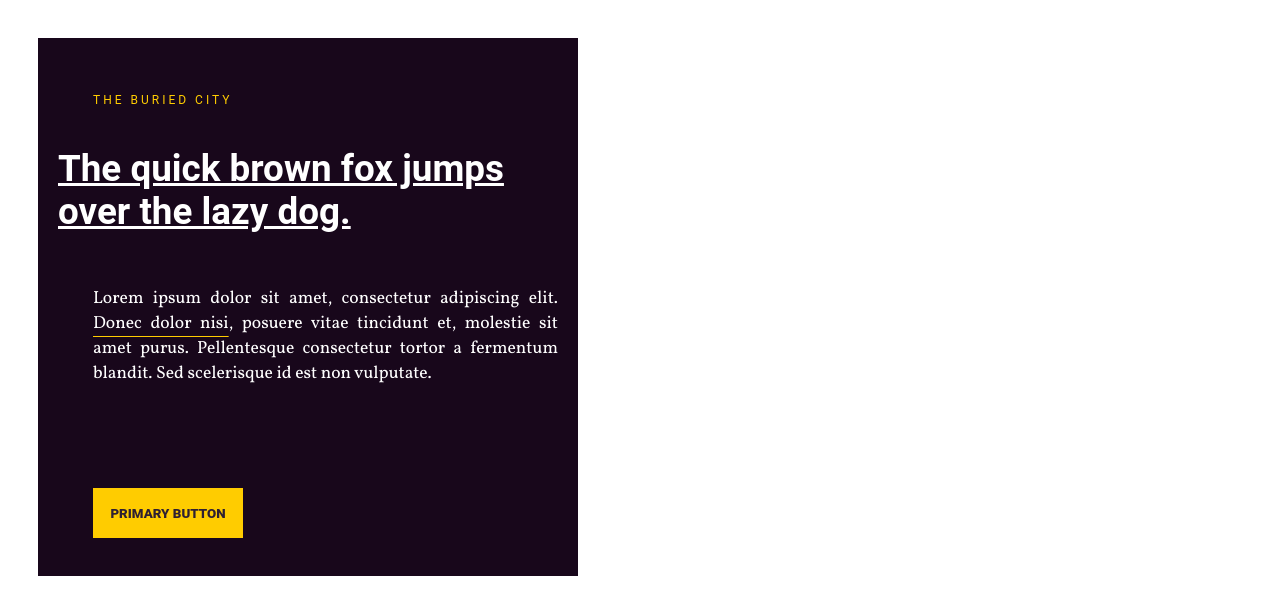
Repository: rafigabriel/TP2---Web-I
Page: ex03-css/index.html
An editor plug-in stored every save of this project. The page is shown before and after the next save, followed by the edit.
The browser window is 1280 px wide. The pictures show the whole page.

Above is the page before, as saved 2024-09-09 18:10:22.

### ex03-css/index.html
<!DOCTYPE html>
<html lang="pt-br">
    <head>
        <meta charset="UTF-8">
        <meta name="viewport" content="width=device-width, initial-scale=1.0">
        <title>Exercicio 3</title>
        <link rel="stylesheet" href="style.css">
        <link rel="preconnect" href="https://fonts.googleapis.com">
        <link rel="preconnect" href="https://fonts.gstatic.com" crossorigin>
        <link
            href="https://fonts.googleapis.com/css2?family=Roboto+Condensed:ital,wght@0,100..900;1,100..900&display=swap"
            rel="stylesheet">
        <link rel="preconnect" href="https://fonts.googleapis.com">
        <link rel="preconnect" href="https://fonts.gstatic.com" crossorigin>
        <link
            href="https://fonts.googleapis.com/css2?family=Vollkorn:ital,wght@0,400..900;1,400..900&display=swap"
            rel="stylesheet">

    </head>
    <body>
        <div id="container">
            <p id="secao">The buried city</p>
            <h1>The quick brown fox jumps over the lazy dog.</h1>
            <p>Lorem ipsum dolor sit amet, consectetur adipiscing elit. <a
                    id="link"
                    href="#">Donec dolor nisi</a>, posuere vitae tincidunt et,
                molestie sit amet purus. Pellentesque consectetur tortor a
                fermentum
                blandit. Sed scelerisque id est non vulputate.</p>
            <p>
                <button>Primary button</button>
            </p>

        </div>

    </body>
</html>

### ex03-css/style.css
body{
    width: 500px;
    color: #231900;
    padding: 30px;
}

#container{
    background-color: #18071B;
    padding: 20px;
    width: 500px;
}

h1{
    font-size: 2.3em;
    font-family: "Roboto", sans-serif;
    font-style: normal;
    font-weight: 700;
    color: white;
    margin-bottom: 0;
    margin-top: 40px;
    text-decoration: underline;
}
p{
    text-align: justify;
    padding: 35px;
    padding-right: 0;
    padding-bottom: 0;
    font-family: "Vollkorn", serif;
    font-weight: 400;
    font-style: normal;
    font-size: 1.1em;
    color: white;
}

#secao{
    font-family: "Roboto", sans-serif;
    font-style: normal;
    font-weight: 400;
    font-size: 0.75em;
    color: #FFCC00;
    letter-spacing: 0.25em;
    margin-top: auto;
    text-transform: uppercase;
}

#link{
    font-family: "Vollkorn", serif;
    font-weight: 400;
    color: white;
    text-decoration: underline;
    text-decoration-color: #FFCC00;
    text-decoration-thickness:1px ;
    text-underline-offset: 8px;
}

button{
    background-color: #FFCC00;
    color: #2F2032;
    width: 150px;
    height: 50px;
    border: none;
    font-weight: 800;
    margin-top: 50px;
    padding-bottom: 0;
    font-family: "Roboto", sans-serif;
    text-transform: uppercase;
    text-align: center;
}

After the next save:
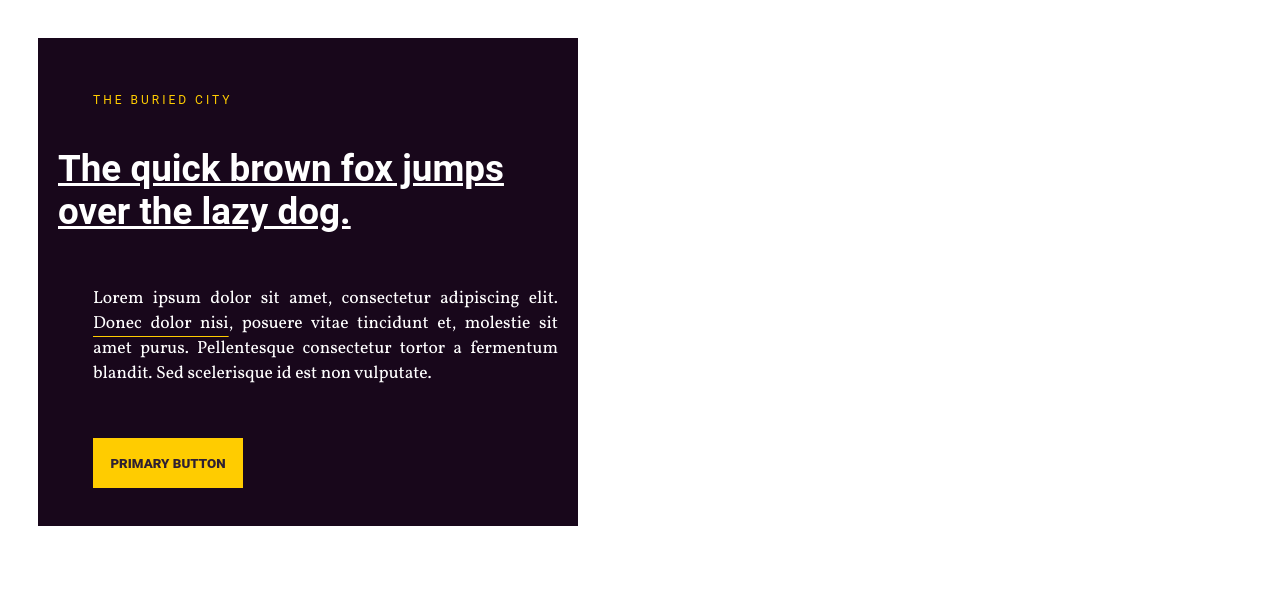
Saved 8 s later.
--- a/ex03-css/style.css
+++ b/ex03-css/style.css
@@ -60,7 +60,7 @@ button{
     height: 50px;
     border: none;
     font-weight: 800;
-    margin-top: 50px;
+    margin-top: 0px;
     padding-bottom: 0;
     font-family: "Roboto", sans-serif;
     text-transform: uppercase;
